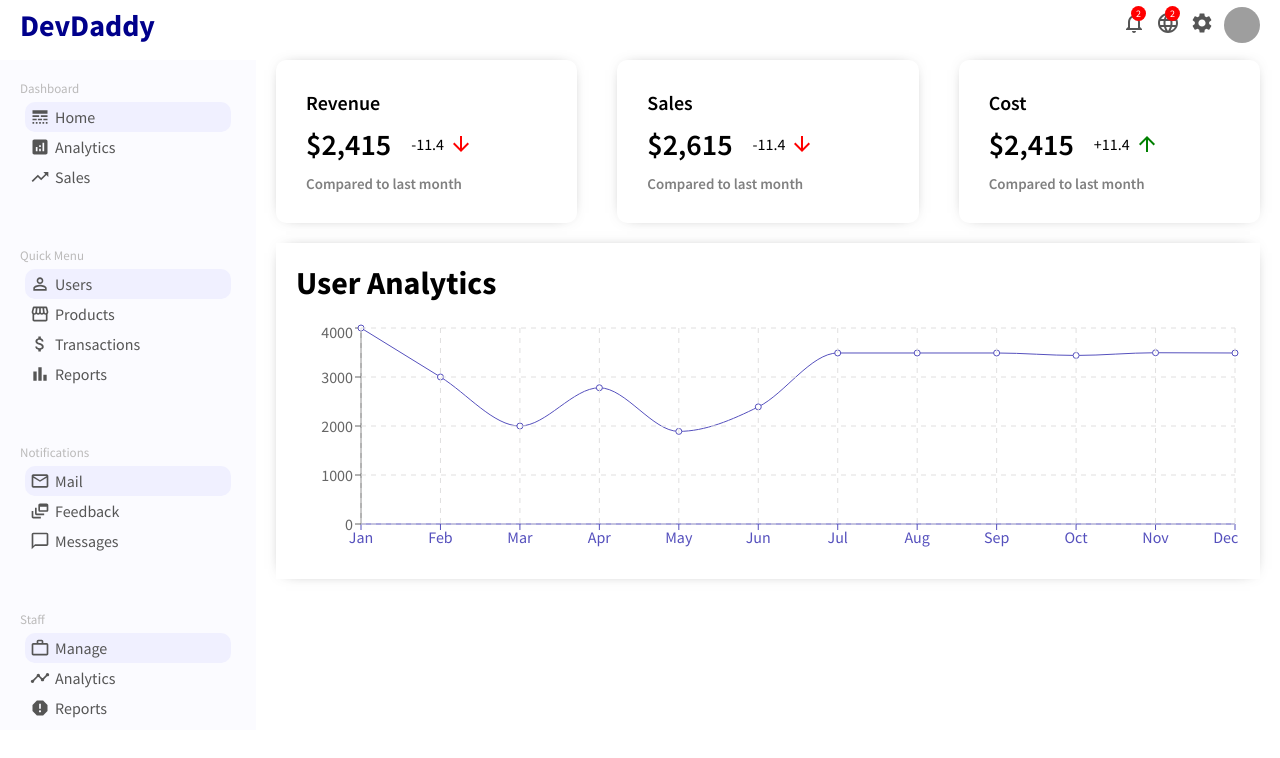
Repository: Marhamat92/react-admin-dashboard
Page: /
An editor plug-in stored every save of this project. The page is shown before and after the next save, followed by the edit.
The browser window is 1280 px wide. The pictures show the whole page.
Pictures or frames that could not be fetched are drawn as grey boxes. The project was rebuilt for these pictures with package versions that can differ from the ones it lists, and the page was loaded fresh each time. Also part of the build but not shown: src/components/widgetSm/widgetSm.scss, src/components/widgetLg/widgetLg.scss.

Above is the page before, as saved 2023-02-09 12:37:29.

### public/index.html
<!DOCTYPE html>
<html lang="en">

<head>
  <meta charset="utf-8" />
  <link rel="icon" href="%PUBLIC_URL%/favicon.ico" />
  <meta name="viewport" content="width=device-width, initial-scale=1" />
  <meta name="theme-color" content="#000000" />
  <meta name="description" content="Web site created using create-react-app" />
  <link rel="apple-touch-icon" href="%PUBLIC_URL%/logo192.png" />
  <link rel="preconnect" href="https://fonts.googleapis.com">
  <link rel="preconnect" href="https://fonts.gstatic.com" crossorigin>
  <link href="https://fonts.googleapis.com/css2?family=Source+Sans+Pro:wght@200;300;400;600;700;900&display=swap"
    rel="stylesheet">
  <!--
      manifest.json provides metadata used when your web app is installed on a
      user's mobile device or desktop. See https://developers.google.com/web/fundamentals/web-app-manifest/
    -->
  <link rel="manifest" href="%PUBLIC_URL%/manifest.json" />
  <!--
      Notice the use of %PUBLIC_URL% in the tags above.
      It will be replaced with the URL of the `public` folder during the build.
      Only files inside the `public` folder can be referenced from the HTML.

      Unlike "/favicon.ico" or "favicon.ico", "%PUBLIC_URL%/favicon.ico" will
      work correctly both with client-side routing and a non-root public URL.
      Learn how to configure a non-root public URL by running `npm run build`.
    -->
  <style>
    * {
      font-family: 'Source Sans Pro', sans-serif;
      margin: 0;
    }
  </style>
  <title>DevDaddy Admin Dashboard</title>
</head>

<body>
  <noscript>You need to enable JavaScript to run this app.</noscript>
  <div id="root"></div>
  <!--
      This HTML file is a template.
      If you open it directly in the browser, you will see an empty page.

      You can add webfonts, meta tags, or analytics to this file.
      The build step will place the bundled scripts into the <body> tag.

      To begin the development, run `npm start` or `yarn start`.
      To create a production bundle, use `npm run build` or `yarn build`.
    -->
</body>

</html>

### src/App.js
import Topbar from "./components/Topbar/Topbar";
import Sidebar from "./components/sidebar/Sidebar";
import "./app.scss";
import Home from "./pages/home/Home";


function App() {
  return (
    <div>
      <Topbar />
      <div className="container">
        <Sidebar />
        <Home />

      </div>
    </div>
  );
}

export default App;

### src/components/Topbar/Topbar.jsx
import React from 'react'
import "./topbar.scss"
import { Language, NotificationsNone, Settings } from '@mui/icons-material'

function Topbar() {
  return (
    <div className="topbar" >
       <div className='topbarWrapper' >
          <div className='topLeft' >
            <span className='logo'>DevDaddy</span>
          </div>
          <div className='topRight' >
             <div className='topbarIconContainer' >
               <NotificationsNone/>
                <span className='topIconBadge'>2</span>
             </div>
             <div className='topbarIconContainer' >
               <Language/>
                <span className='topIconBadge'>2</span>
             </div>
             <div className='topbarIconContainer' >
               <Settings/>
             </div>
             <img className='topAvatar' src='https://i.pinimg.com/originals/99/ee/d8/99eed8642bbb66a71d0f1677d18a2587.jpg' alt="jack sheperd" />
          </div>
       </div>
    </div>
  )
}

export default Topbar

### src/components/sidebar/Sidebar.js
import React from 'react'
import './sidebar.scss'
import { Analytics, AttachMoney, ChatBubbleOutline, DynamicFeed, LineStyle, MailOutline, PermIdentity, Report, Storefront, Timeline, TrendingUp, WorkOutline, BarChart } from '@mui/icons-material'



function Sidebar() {
  return (
    <div className='sidebar'>
      <div className='sidebarWrapper'>
        <div className='sidebarMenu' >
          <div className='sidebarTitle'>
            Dashboard
          </div>
          <ul className='sidebarList'>
            <li className='sidebarListItem active'>
              <LineStyle className='sidebarIcon' />
              Home
            </li>
            <li className='sidebarListItem'>
              <Analytics className='sidebarIcon' />
              Analytics
            </li>
            <li className='sidebarListItem'>
              <TrendingUp className='sidebarIcon' />
              Sales
            </li>
          </ul>
        </div>
      </div>

      <div className='sidebarWrapper'>
        <div className='sidebarMenu' >
          <div className='sidebarTitle'>
            Quick Menu
          </div>
          <ul className='sidebarList'>
            <li className='sidebarListItem active'>
              <PermIdentity className='sidebarIcon' />
              Users
            </li>
            <li className='sidebarListItem'>
              <Storefront className='sidebarIcon' />
              Products
            </li>
            <li className='sidebarListItem'>
              <AttachMoney className='sidebarIcon' />
              Transactions
            </li>
            <li className='sidebarListItem'>
              <BarChart className='sidebarIcon' />
              Reports
            </li>
          </ul>
        </div>
      </div>

      <div className='sidebarWrapper'>
        <div className='sidebarMenu' >
          <div className='sidebarTitle'>
            Notifications
          </div>
          <ul className='sidebarList'>
            <li className='sidebarListItem active'>
              <MailOutline className="sidebarIcon" />
              Mail
            </li>
            <li className='sidebarListItem'>
              <DynamicFeed className="sidebarIcon" />
              Feedback
            </li>
            <li className='sidebarListItem'>
              <ChatBubbleOutline className="sidebarIcon" />
              Messages
            </li>
          </ul>
        </div>
      </div>

      <div className='sidebarWrapper'>
        <div className='sidebarMenu' >
          <div className='sidebarTitle'>
            Staff
          </div>
          <ul className='sidebarList'>
            <li className='sidebarListItem active'>
              <WorkOutline className="sidebarIcon" />
              Manage
            </li>
            <li className='sidebarListItem'>
              <Timeline className="sidebarIcon" />
              Analytics
            </li>
            <li className='sidebarListItem'>
              <Report className="sidebarIcon" />
              Reports
            </li>
          </ul>
        </div>
      </div>
    </div>
  )
}

export default Sidebar

### src/app.scss
.container {
  display:flex;
  margin-top: 10px;
}

### src/pages/home/Home.js
import React from 'react'
import './home.scss'
import FeaturedInfo from '../../components/featuredInfo/FeaturedInfo'
import Chart from '../../components/chart/Chart'
import { userData } from '../../data/userData'

function Home() {
  return (
    <div className='home' >
      <FeaturedInfo />
      <Chart title="User Analytics" data={userData} dataKey="Active User" grid />
      <div className='homeWidgets' ></div>
    </div>
  )
}

export default Home

### src/components/Topbar/topbar.scss
.topbar{
  width:100%;
  height: 50px;
  background-color: white;
  position: sticky;
  top:0;
  z-index: 999;
}

.topbarWrapper{
  height: 100%;
  padding: 0px 20px;
  display: flex;
  align-items: center;
  justify-content: space-between;
}

.logo{
  font-weight:bold;
  font-size: 30px;
  color:darkblue;
  cursor: pointer;
}

.topRight{
  display:flex;
  align-items: center;
}

.topbarIconContainer{
  position:relative;
  cursor: pointer;
  margin-right:10px;
  color:#555;
}

.topIconBadge{
  width: 15px;
  height: 15px;
  display: flex;
  align-items: center;
  justify-content: center;
  position:absolute;
  top:-5px;
  right:0px;
  background-color: red;
  color:white;
  border-radius: 50%;
  font-size: 10px;
}

.topAvatar{
  width: 36px;
  height: 36px;
  border-radius: 50%;
  object-fit: cover;
  cursor: pointer;
}

### src/components/sidebar/sidebar.scss
.sidebar{
  flex:1;
  height:calc(100vh - 50px);
  background-color: rgb(251,251,255);
  position: sticky;
  top: 50px;
}

.sidebarWrapper{
  padding: 20px;
  color:#555;
}

.sidebarMenu{
  margin-bottom:10px;
}

.sidebarTitle{
  font-size: 13px;
  color:rgb(187,186,186);
}

.sidebarList{
  list-style: none;
  padding:5px;
}

.sidebarListItem{
  padding:5px;
  cursor:pointer;
  display:flex;
  align-items:center;
  border-radius: 10px;
}

.sidebarListItem.active,
.sidebarListItem:hover{
  background-color: rgb(240,240,255);
}

.sidebarIcon{
  margin-right: 5px;
  font-size: 20px !important;
}

### src/pages/home/home.scss
.home{
  flex:4;

}

.homeWidgets{
  display:flex;
  margin:20px;
  background-color: red;
}

### src/components/featuredInfo/FeaturedInfo.js
import React from 'react'
import './featuredInfo.scss'
import { ArrowDownward, ArrowUpward } from '@mui/icons-material'

function FeaturedInfo() {
  return (
    <div className='featured'>
      <div className='featuredItem'>
        <span className='featuredTitle'>Revenue</span>
        <div className='featuredMoneyContainer'>
          <span className='featuredMoney'>$2,415</span>
          <span className='featuredMoneyRate'>
            -11.4 <ArrowDownward className='featuredIcon negative' />
          </span>
        </div>
        <span className='featuredSub'>Compared to last month</span>
      </div>

      <div className='featuredItem'>
        <span className='featuredTitle'>Sales</span>
        <div className='featuredMoneyContainer'>
          <span className='featuredMoney'>$2,615</span>
          <span className='featuredMoneyRate'>
            -11.4 <ArrowDownward className='featuredIcon negative' />
          </span>
        </div>
        <span className='featuredSub'>Compared to last month</span>
      </div>

      <div className='featuredItem'>
        <span className='featuredTitle'>Cost</span>
        <div className='featuredMoneyContainer'>
          <span className='featuredMoney'>$2,415</span>
          <span className='featuredMoneyRate'>
            +11.4 <ArrowUpward className='featuredIcon positive' />
          </span>
        </div>
        <span className='featuredSub'>Compared to last month</span>
      </div>
    </div>
  )
}

export default FeaturedInfo

### src/components/chart/Chart.js
import React from 'react'
import './chart.scss'
import { LineChart, Line, XAxis, YAxis, CartesianGrid, Tooltip, Legend, ResponsiveContainer } from 'recharts';


function Chart({ title, data, dataKey, grid }) {




  return (
    <div className='chart'>
      <h1 className='chartTitle' >
        {title}
      </h1>
      <ResponsiveContainer width="100%" aspect={4 / 1} >
        <LineChart data={data}>
          <XAxis dataKey="name" stroke="#5550bd" />
          <YAxis />
          <Line type="monotone" dataKey={dataKey} stroke="#5550bd" />
          <Tooltip />
          {grid && <CartesianGrid stroke="#e0dfdf" strokeDasharray="5 5" />}
        </LineChart>
      </ResponsiveContainer>
    </div>
  )
}

export default Chart

### src/data/userData.js
export const userData = [
  {
    name: 'Jan',
    "Active User": 4000,

  },
  {
    name: 'Feb',
    "Active User": 3000,

  },
  {
    name: 'Mar',
    "Active User": 2000,

  },
  {
    name: 'Apr',
    "Active User": 2780,

  },
  {
    name: 'May',
    "Active User": 1890,

  },
  {
    name: 'Jun',
    "Active User": 2390,

  },
  {
    name: 'Jul',
    "Active User": 3490,

  },
  {
    name: 'Aug',
    "Active User": 3490,

  },
  {
    name: 'Sep',
    "Active User": 3490,

  },
  {
    name: 'Oct',
    "Active User": 3440,

  },
  {
    name: 'Nov',
    "Active User": 3495,

  },
  {
    name: 'Dec',
    "Active User": 3490,

  },
];

### src/components/featuredInfo/featuredInfo.scss
.featured{
  width:100%;
  display:flex;
  justify-content:space-between;
}

.featuredItem{
  flex:1;
  margin:0 20px;
  padding:30px;
  border-radius:10px;
  cursor:pointer;
  -webkit-box-shadow: 0px 0px 15px -10px rgba(0, 0, 0, 0.75);
  box-shadow: 0px 0px 15px -10px rgba(0, 0, 0, 0.75);
}

.featuredTitle{
  font-size:20px;
  font-weight:600;
  margin-bottom:10px;
}

.featuredMoneyContainer{
  display:flex;
  align-items:center;
  margin:10px 0;
}

.featuredMoney{
  font-size:30px;
  font-weight:600;

}

.featuredMoneyRate{
  display: flex;
  align-items: center;
  margin-left: 20px;
}

.featuredIcon{
  font-size:14px;
  margin-left:5px;
  color:green
}

.featuredIcon.negative{
  color:red;
}

.featuredSub{
  font-size:15px;
  font-weight:600;
  color:gray;
}

### src/components/chart/chart.scss
.chart{
  margin: 20px;
  padding: 20px;
  -webkit-box-shadow: 0px 0px 15px -10px rgba(0, 0, 0, 0.75);
  box-shadow: 0px 0px 15px -10px rgba(0, 0, 0, 0.75);
}

.chartTitle{
  margin-bottom: 20px;
}

### src/components/widgetSm/WidgetSm.js
import React from 'react'
import './widgetSm.scss'

function WidgetSm() {
  return (
    <div>WidgetSm</div>
  )
}

export default WidgetSm

### src/components/widgetLg/WidgetLg.js
import React from 'react'
import './widgetLg.scss'

function WidgetLg() {
  return (
    <div>WidgetLg</div>
  )
}

export default WidgetLg

Loaded but not shown: src/index.js (common file)

After the next save:
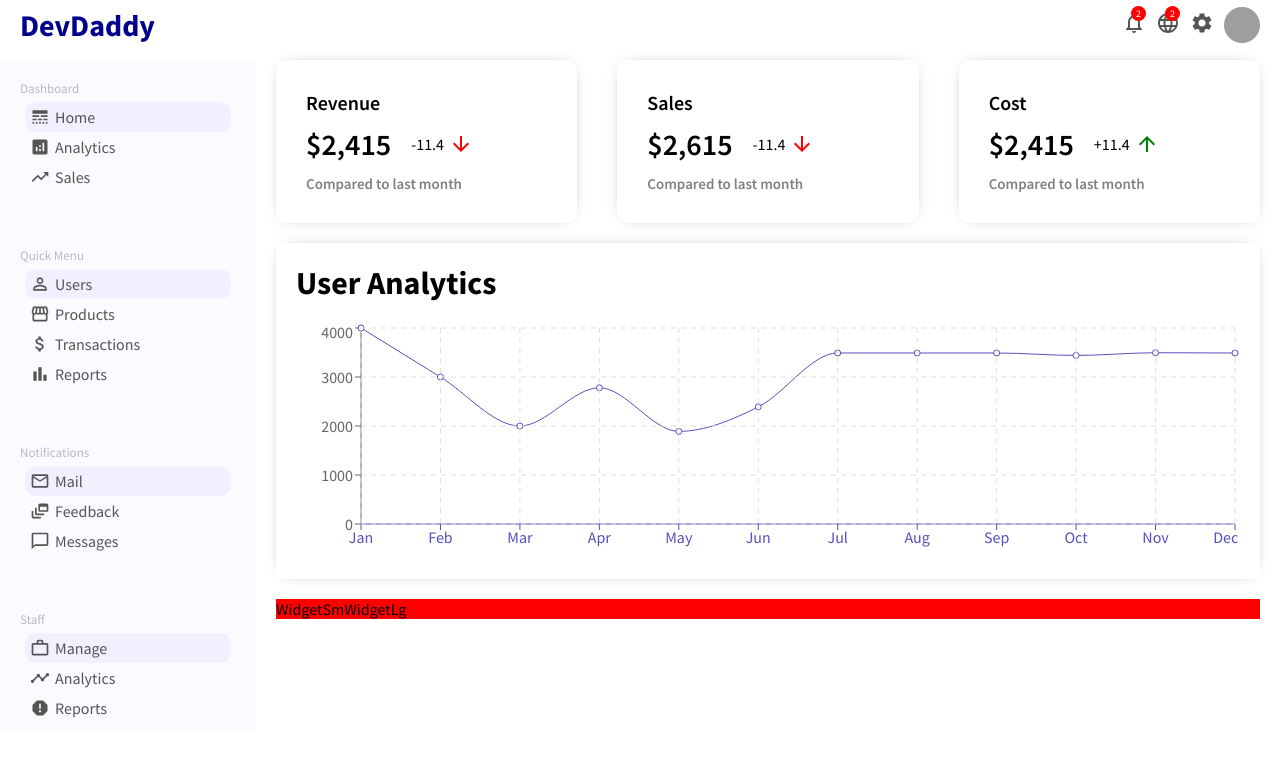
Saved 30 s later.
--- a/src/pages/home/Home.js
+++ b/src/pages/home/Home.js
@@ -3,13 +3,18 @@ import './home.scss'
 import FeaturedInfo from '../../components/featuredInfo/FeaturedInfo'
 import Chart from '../../components/chart/Chart'
 import { userData } from '../../data/userData'
+import WidgetSm from '../../components/widgetSm/WidgetSm'
+import WidgetLg from '../../components/widgetLg/WidgetLg'
 
 function Home() {
   return (
     <div className='home' >
       <FeaturedInfo />
       <Chart title="User Analytics" data={userData} dataKey="Active User" grid />
-      <div className='homeWidgets' ></div>
+      <div className='homeWidgets' >
+        <WidgetSm />
+        <WidgetLg />
+      </div>
     </div>
   )
 }
